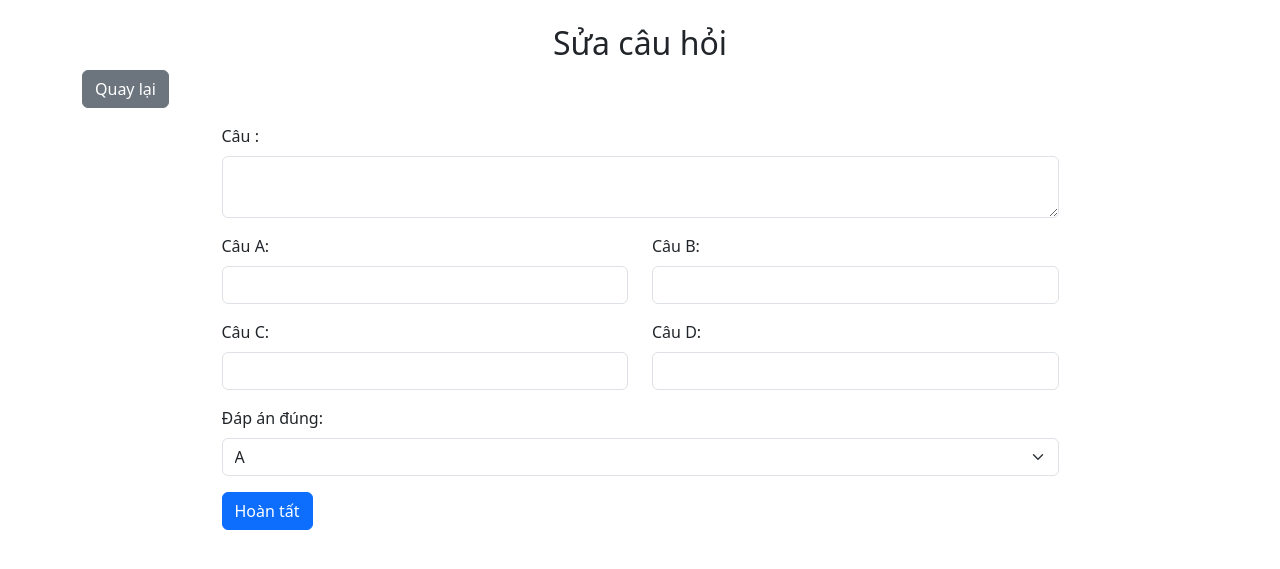
Repository: Thanh-Tr/Test-Online
Page: http://localhost/ThiTrucTuyen/updateQuestion
An editor plug-in stored every save of this project. The page is shown before and after the next save, followed by the edit.
The browser window is 1280 px wide. The pictures show the whole page.
The page is served by Tomcat 10. Queries for data that is not in the repository find no rows.

Above is the page before, as saved 2025-05-17 10:18:01.

After the next save:
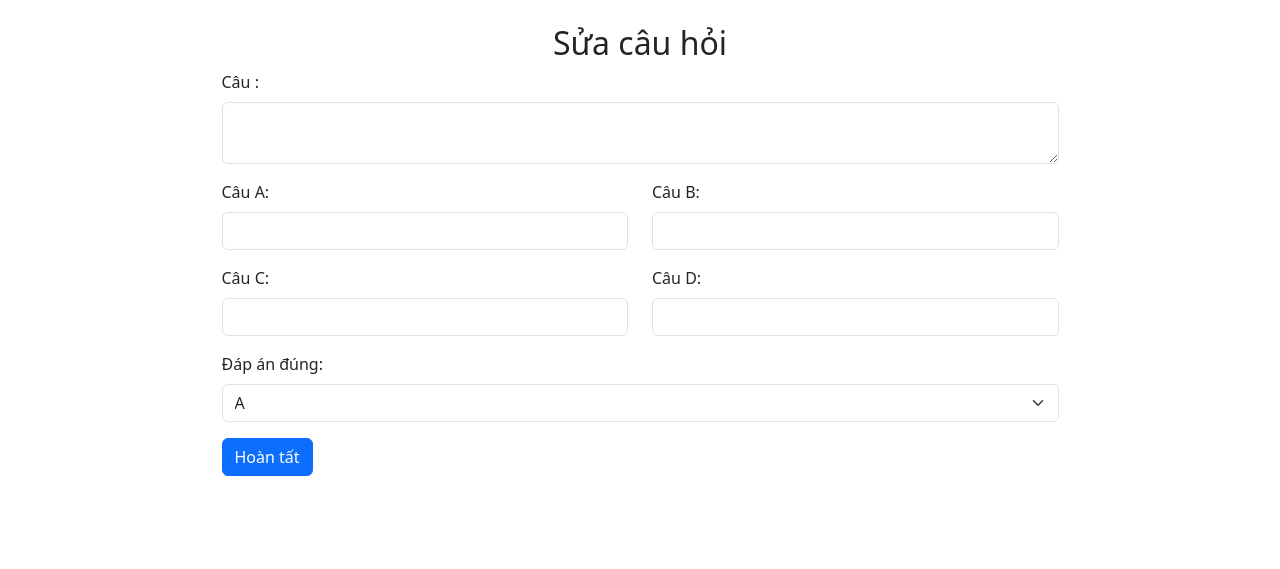
Saved 3 days later.
--- a/ThiTrucTuyen/src/main/webapp/SuaCauHoi.jsp
+++ b/ThiTrucTuyen/src/main/webapp/SuaCauHoi.jsp
@@ -14,7 +14,6 @@
 
 	<h2 class="text-center mt-4">Sửa câu hỏi</h2>
 	<div class="container">
-		<a href="loadQuestion" class="btn btn-secondary mb-3">Quay lại</a>
 		<form method="post" action="updateQuestion" class="w-75 mx-auto">
 			<input type="hidden" name="mach" value="${ch.maCH}">
 			<div class="mb-3">
